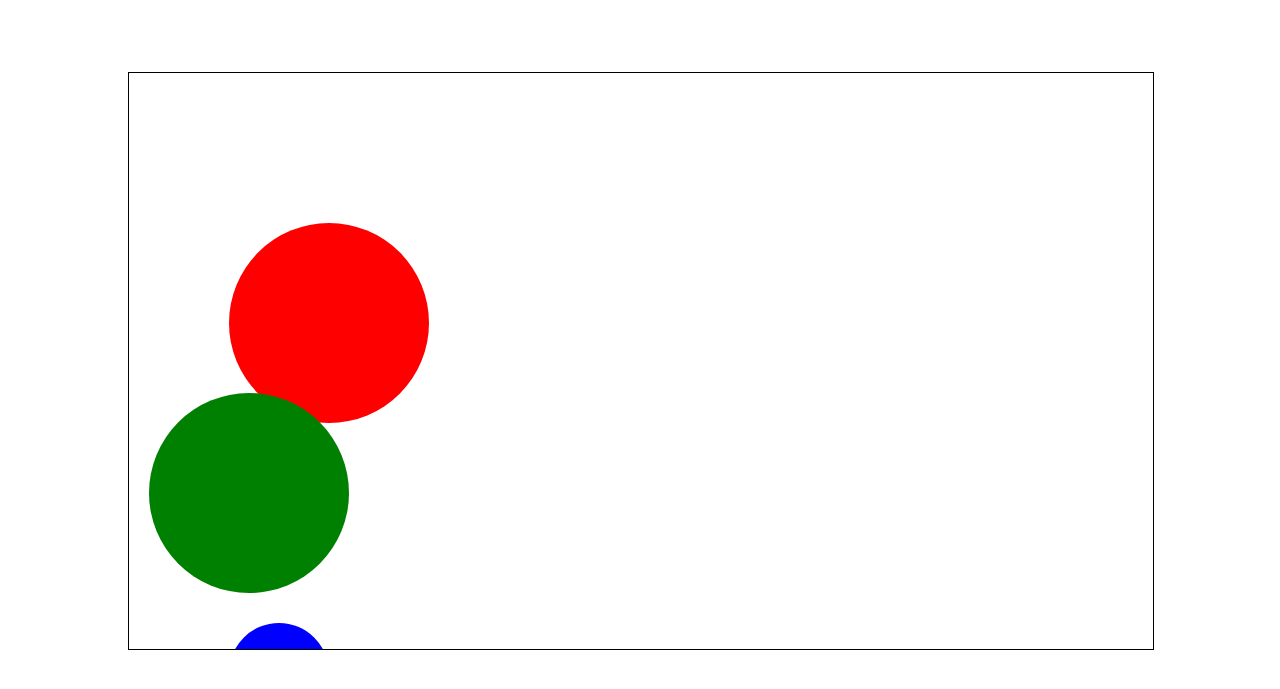
Repository: themoomooo/testgitajout
Page: index.html
The author's editor kept a copy of each file at every save. The page is drawn from the files as they stood at one save, then again after a run of saves.
The browser window is 1280 px wide. The pictures show the whole page.

Above is the page before, as saved 2023-01-23 16:02:02.

After the next 4 saves:
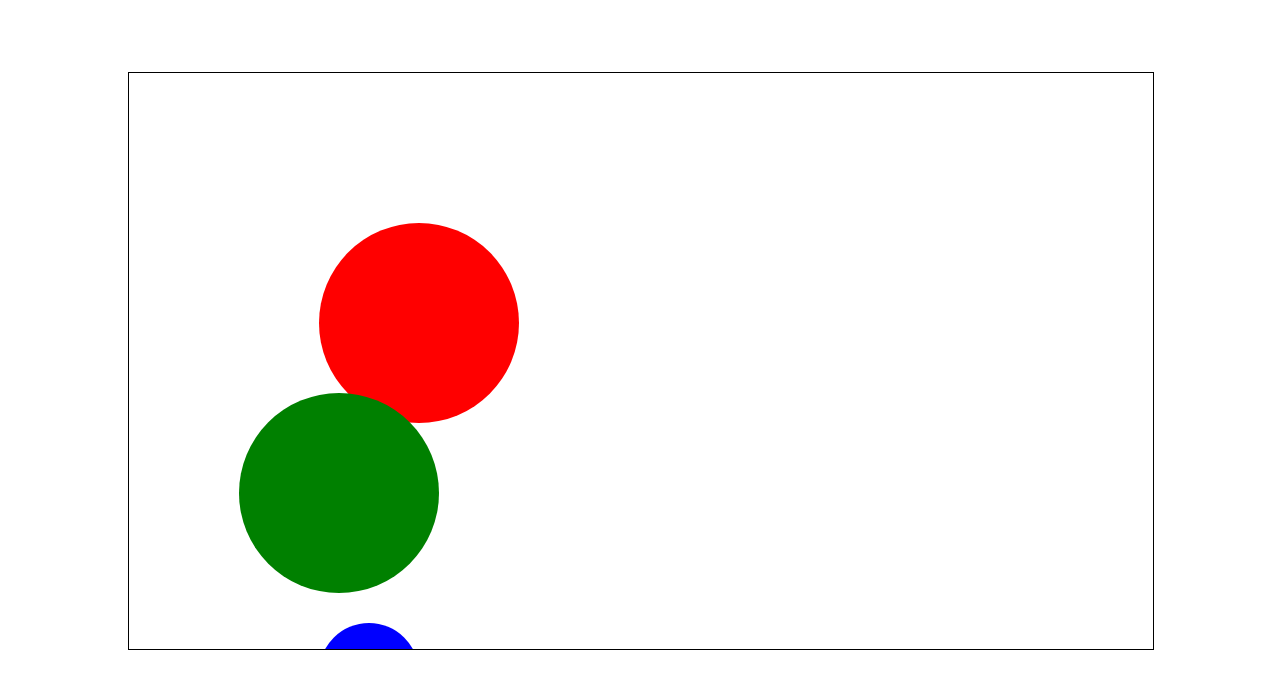
The 4 saves are shown as one change because they came seconds apart.
The last was saved 14 s later.
--- a/main.js
+++ b/main.js
@@ -49,7 +49,7 @@ class Prog {
     this.balles.forEach((ball)=>{
         this.terrain.appendChild(ball.getOjectDom());
     });
-     //this.move();
+     this.move()
    }
     move(){
        for (let i = 0; i < this.balles.length; i++) {
